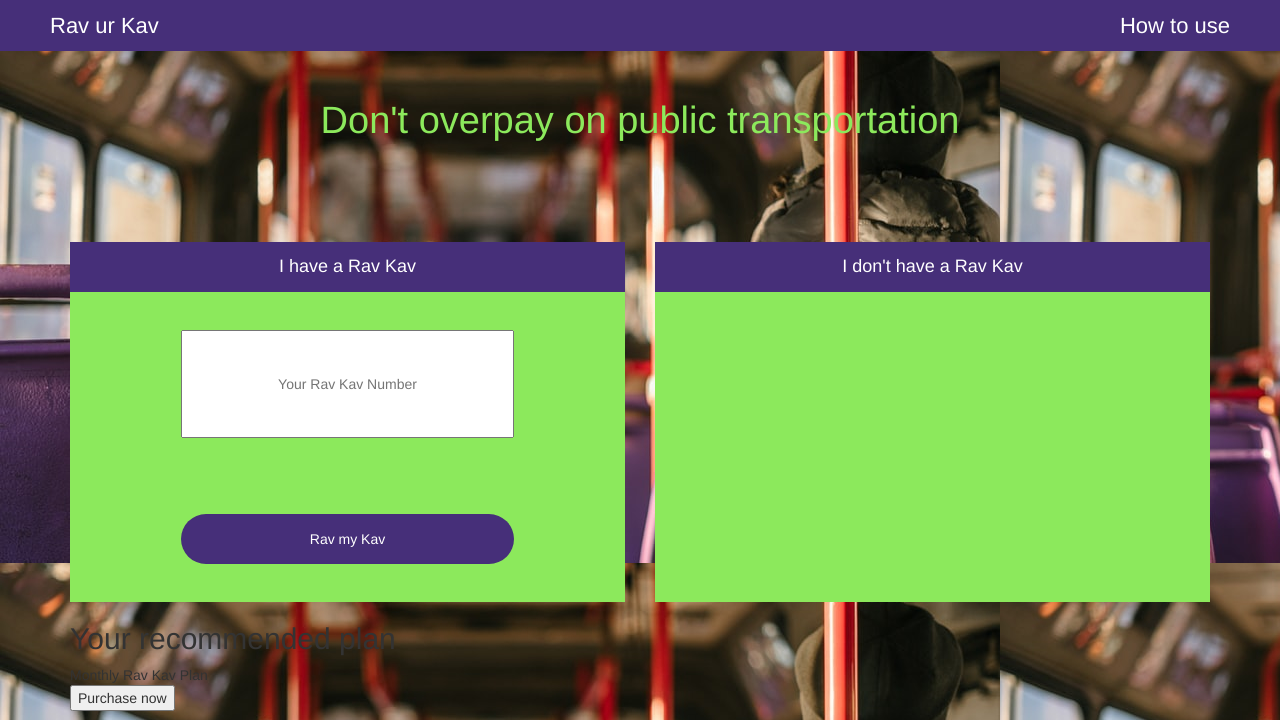
Repository: Louhla/Rav-ur-Kav
Page: index.html
These files come from the project's save history. The page is drawn as it stood at one moment and after a run of saves; the edit follows.
The browser window is 1280 px wide. The pictures show the whole page.

Above is the page before, as saved 2019-07-17 16:24:00.

### index.html
<!DOCTYPE html>
<html lang="en">

<head>
    <meta charset="utf-8">
    <meta name="viewport" content="width=device-width, initial-scale=1">
    <!-- Bootstrap CSS -->
    <link rel="stylesheet" href="https://maxcdn.bootstrapcdn.com/bootstrap/3.3.7/css/bootstrap.min.css">
    <script src="https://ajax.googleapis.com/ajax/libs/jquery/3.3.1/jquery.min.js"></script>
    <link rel="stylesheet" type="text/css" href="./css/rav-ur-kav.css">
    <title>Rav ur kav - Public Transport Calculator</title>
    <meta name="description" content="Get the best rate for your Rav Kav according to your commute">
</head>

<body>
    <div id="modal-wrapper">
        <div class="modal">
            <div class="modal-content">
                <h1>How to Rav my Kav:</h1>
                <h3>Lorem ipsum dolor sit, amet consectetur adipisicing elit. Nam, velit. Impedit non consequatur corporis tempore hic natus repudiandae veritatis voluptates pariatur numquam? Libero illo suscipit cum vitae. Quam, ex in!</h3>
                <h3>Lorem ipsum dolor sit amet consectetur adipisicing elit. Distinctio, sint. Eius adipisci tenetur dolore quis rem eos expedita error officia. Maiores dolore maxime enim ut quos dolorem nesciunt ea pariatur?</h3>
            </div>
            <br>
            <div id="button-box">
                <button class="my-button" id="close">Close</button>
            </div>
        </div>
    </div>
    <div id="root"></div>
    <heading class="header">
        <div class="logo">Rav ur Kav
        </div>
        <div id="how-to">How to use
        </div>
    </heading>

    <div class="container">
        <div class="row">
            <div class="col-md-12">
                <h1>Don't overpay on public transportation</h1>
            </div>
        </div>
        <div class="row">
            <div class="col-md-6">
                <div class="existing-user">
                    <h4>I have a Rav Kav</h4>
                        <input id="rav-kav-number" type=text placeholder="Your Rav Kav Number"></input>
                        <button id="rav-kav-number-button"><a href="#">Rav my Kav</a></button>
                </div>
            </div>
            <div class="col-md-6">
                <div class="new-user">
                    <h4>I don't have a Rav Kav</h4>
                </div>
            </div>
        </div>
        <div class="row">
                <div class="col-md-12">
                    <h2>Your recommended plan</h2>
                    <div>
                        Monthly Rav Kav Plan
                    </div>
                    <button id="purchase">Purchase now</button>
                </div>
            </div>
    </div>
    <script type="text/javascript" src="./js/rav-ur-kav.js"></script>
</body>

</html>

### css/rav-ur-kav.css
body {
    margin: 0px;
    padding: 0px;
    background-image: url("/img/bus.jpg");
}
/* Modal START */
#modal-wrapper {
    position: fixed;
    top: 0;
    bottom: 0;
    right: 0;
    left: 0;
    background-color: rgba(0, 0, 0, 0.5);
    z-index: 12345;
    display: none;
}

#modal-wrapper .modal {
    background-color: white;
    width: 90vw;
    height: 90vh;
    position: absolute;
    top: 50%;
    left: 50%;
    transform: translateX(-50%) translateY(-50%);
    border-radius: 5px;
    text-align: center;
    background-image: url('../img/bgm.png');
    background-repeat: no-repeat;
    background-position: center;
    background-size: cover;
    color: white;
    text-shadow: 3px 3px #000000;
    display: flex;
    flex-direction: column;
    align-items: center;
    justify-content: space-evenly;
}

.modal-content {
    background-color: rgba(0, 0, 0, 0.5);
}

.modal-content h1 {
    font-size: 2rem;
    margin-block-start: 0.3rem;
    margin-block-end: 0.3rem;
}

.modal-content h3 {
    font-size: 1rem;
    margin-block-start: 0.5rem;
    margin-block-end: 0.5rem;
}

#button-box {
    width: 70vh;
    display: flex;
    justify-content: flex-end;
}

.my-button {
    color: red;
    background-color: yellow;
    height: 5vh;
    width: 20vh;
    font-size: 4vh;
    text-align: center;
    padding: 0;
}
/* Modal END */

/* Homepage START */
.header{
    display: flex;
    position: fixed;
    z-index: 9;
    justify-content: space-between;
    width: 100%;
    align-items: center;
    box-shadow: 5px;
    background-color: #462F79;
    color: white;
    font-size: 22px;
}
.logo{
    margin: 10px 0px 10px 50px;
}
.how-to{
    margin: 10px 50px 10px 0px;
}
.existing-user{
    background-color: #8CE95C;
    display: flex;
    flex-direction: column;
    text-align: center;
    height: 50vh;
}
.new-user{
    background-color: #8CE95C;
    text-align: center;
    height: 50vh;
}
h1{
    text-align: center;
    margin: 100px;
    color: #8CE95C;
    font-size: 38px;
}
.existing-user > h4, .new-user > h4{
    background-color: #462F79;
    padding: 15px 0px;
    margin: 0px;
    color: white;
}
#rav-kav-number{
    width: 60%;
    margin: auto;
    text-align: center;
}
#rav-kav-number-button{
    width: 60%;
    margin: auto;
    height: 50px;
    border-radius: 50px;
    border-style: none;
    color: white;
    background-color: #462F79;
    -webkit-transition: width 0.5s ease-in-out;
    -moz-transition: width 0.5s ease-in-out;
    -ms-transition: width 0.5s ease-in-out;
    transition: width 0.5s ease-in-out;
}
#rav-kav-number-button:hover{
    width: 62%;
}
a{
    cursor:pointer;
    text-decoration: none;
    color: white;
}
a:hover{
    text-decoration: none;
    color: white;
}
#how-to{
    margin: 10px 50px 10px 0px;
    cursor: pointer;
}
.existing-user{
    background-color: #8CE95C;
    display: flex;
    flex-direction: column;
    text-align: center;
    height: 50vh;
}
.new-user{
    background-color: #8CE95C;
    text-align: center;
    height: 50vh;
}
h1{
    text-align: center;
    margin: 100px;
    color: #8CE95C;
    font-size: 38px;
}
.existing-user > h4, .new-user > h4{
    background-color: #462F79;
    padding: 15px 0px;
    margin: 0px;
    color: white;
}
#rav-kav-number{
    width: 60%;
    height: 30%;
    margin: auto;
    text-align: center;
}
/* Homepage END */

### js/rav-ur-kav.js
console.log("step1");

$(document).ready(() => {
    // Globals

    // Modal buttons
    let howToButton = $("#how-to");
    let closeModalButton = $("#close");
    $(closeModalButton).on("click", () => {
      $("#modal-wrapper").toggle();
    });
    $(howToButton).on("click", () => {
      $("#modal-wrapper").toggle();
      console.log('how to')
    });
});
console.log("whats up")



$('#rav-kav-number').on('input', function (event) {
    this.value = this.value.replace(/[^0-9]/g, '');
});

After the next 2 saves:
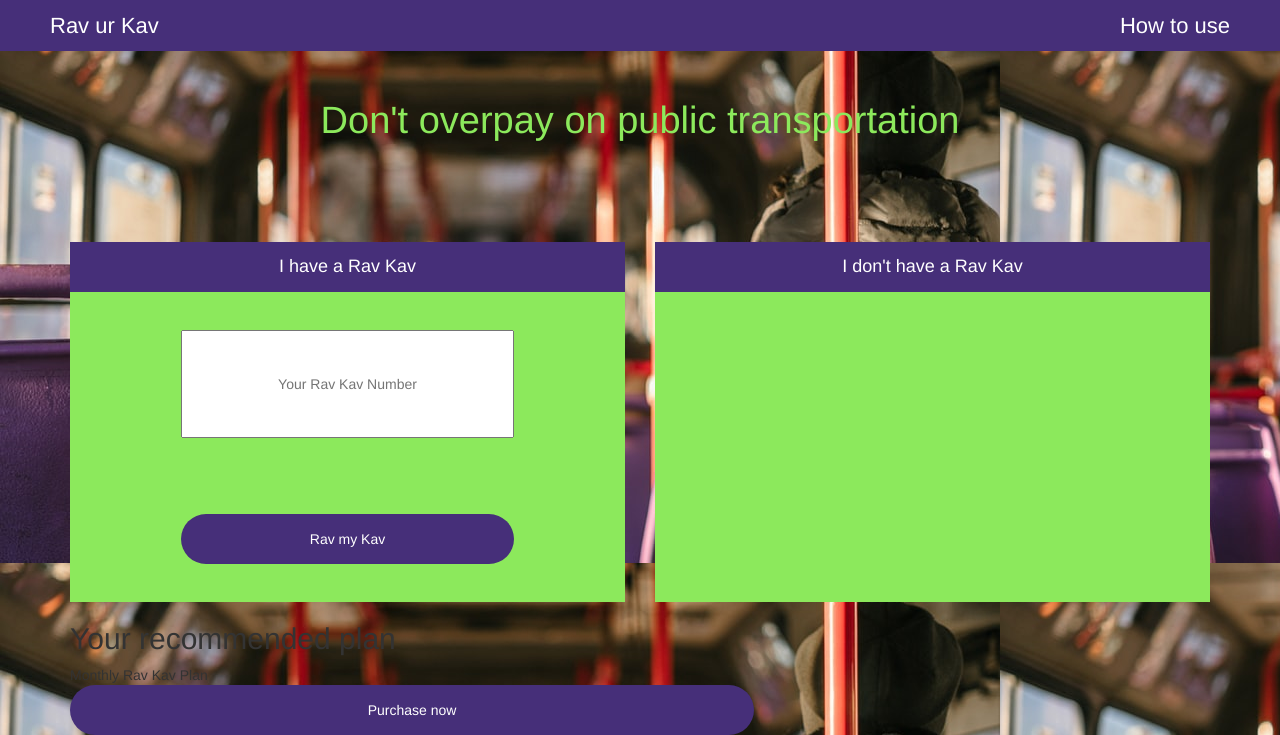
The 2 saves are shown as one change because they came seconds apart.
The last was saved 13 s later.
--- a/css/rav-ur-kav.css
+++ b/css/rav-ur-kav.css
@@ -118,7 +118,7 @@ h1{
     margin: auto;
     text-align: center;
 }
-#rav-kav-number-button{
+#rav-kav-number-button, #purchase{
     width: 60%;
     margin: auto;
     height: 50px;
